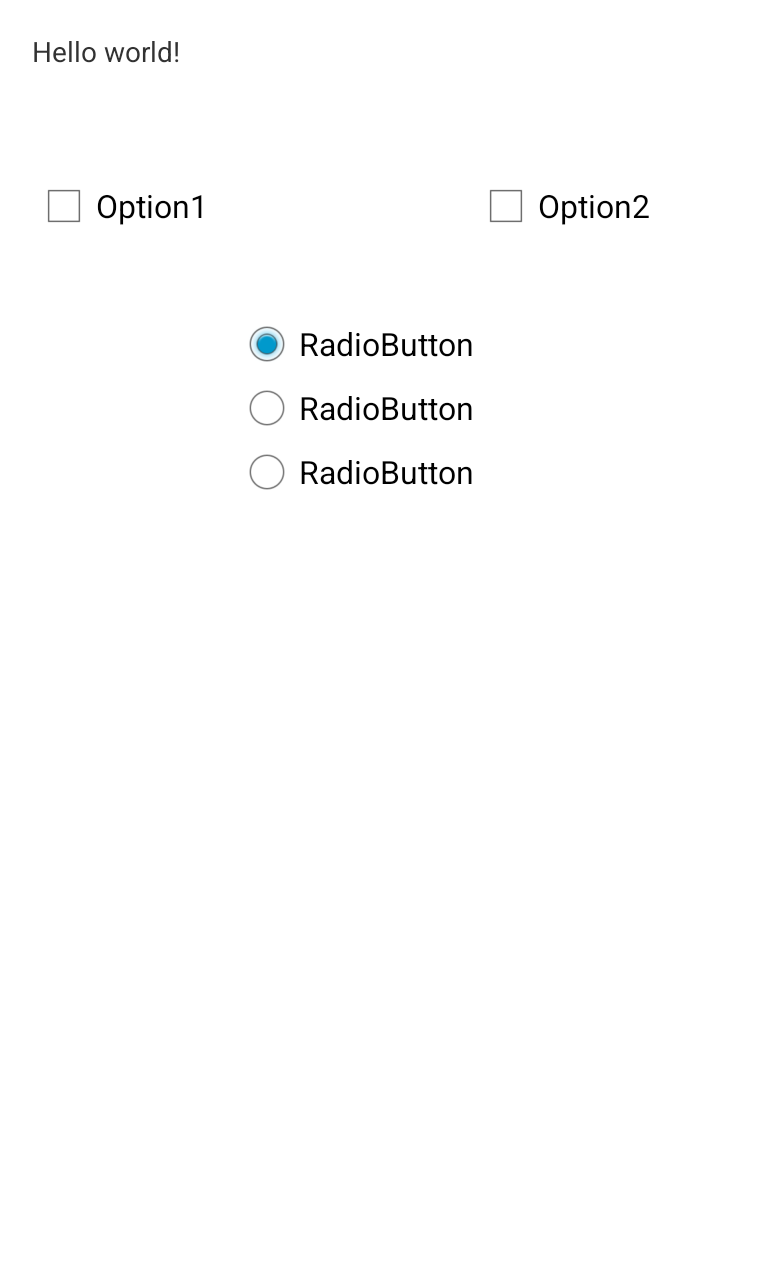
Repository: MadhuHS/BMAA1
Layout: CheckBox/res/layout/activity_main.xml
These files come from the project's save history. The layout is drawn as it stood at one moment and after the next save; the edit follows.
It is drawn on a 768 x 1280 px phone screen (xhdpi) without system bars, with theme AppTheme; the app's code is not run.

Above is the layout before, as saved 2016-03-25 08:13:48.

### CheckBox/res/layout/activity_main.xml
<RelativeLayout xmlns:android="http://schemas.android.com/apk/res/android"
    xmlns:tools="http://schemas.android.com/tools"
    android:layout_width="match_parent"
    android:layout_height="match_parent"
    android:paddingBottom="@dimen/activity_vertical_margin"
    android:paddingLeft="@dimen/activity_horizontal_margin"
    android:paddingRight="@dimen/activity_horizontal_margin"
    android:paddingTop="@dimen/activity_vertical_margin"
    tools:context=".MainActivity" >

    <TextView
        android:id="@+id/textView1"
        android:layout_width="wrap_content"
        android:layout_height="wrap_content"
        android:text="@string/hello_world" />

    <CheckBox
        android:id="@+id/checkBoxchoice1"
        android:layout_width="wrap_content"
        android:layout_height="wrap_content"
        android:layout_alignLeft="@+id/textView1"
        android:layout_below="@+id/textView1"
        android:layout_marginTop="52dp"
        android:text="Option1" />

    <CheckBox
        android:id="@+id/checkBoxchoice2"
        android:layout_width="wrap_content"
        android:layout_height="wrap_content"
        android:layout_alignBaseline="@+id/checkBoxchoice1"
        android:layout_alignBottom="@+id/checkBoxchoice1"
        android:layout_alignParentRight="true"
        android:layout_marginRight="43dp"
        android:text="Option2" />

    <RadioGroup
        android:id="@+id/radioGroup1"
        android:layout_width="wrap_content"
        android:layout_height="wrap_content"
        android:layout_below="@+id/checkBoxchoice1"
        android:layout_marginTop="37dp"
        android:layout_toLeftOf="@+id/checkBoxchoice2" >

        <RadioButton
            android:id="@+id/radio0"
            android:layout_width="wrap_content"
            android:layout_height="wrap_content"
            android:checked="true"
            android:text="RadioButton" />

        <RadioButton
            android:id="@+id/radio1"
            android:layout_width="wrap_content"
            android:layout_height="wrap_content"
            android:text="RadioButton" />

        <RadioButton
            android:id="@+id/radio2"
            android:layout_width="wrap_content"
            android:layout_height="wrap_content"
            android:text="RadioButton" />
    </RadioGroup>

</RelativeLayout>

### CheckBox/res/values/strings.xml
<?xml version="1.0" encoding="utf-8"?>
<resources>

    <string name="app_name">CheckBox</string>
    <string name="action_settings">Settings</string>
    <string name="hello_world">Hello world!</string>

</resources>

Loaded but not shown: CheckBox/res/values/styles.xml (common file); CheckBox/res/values-v11/styles.xml (common file); CheckBox/res/values-v14/styles.xml (common file); CheckBox/res/values/dimens.xml (common file)

After the next save:
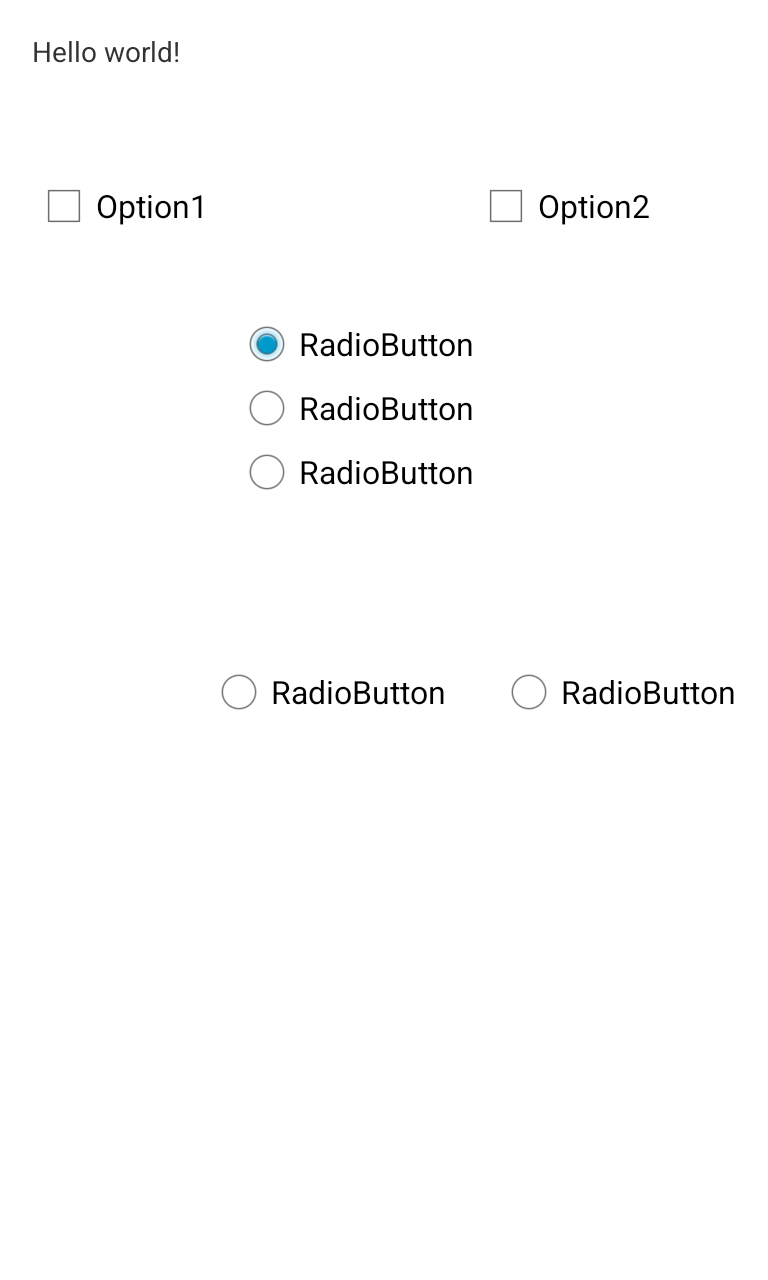
Saved 68 s later.
--- a/CheckBox/res/layout/activity_main.xml
+++ b/CheckBox/res/layout/activity_main.xml
@@ -61,4 +61,23 @@
             android:text="RadioButton" />
     </RadioGroup>
 
+    <RadioButton
+        android:id="@+id/radioButton1"
+        android:layout_width="wrap_content"
+        android:layout_height="wrap_content"
+        android:layout_alignRight="@+id/radioGroup1"
+        android:layout_below="@+id/radioGroup1"
+        android:layout_marginRight="14dp"
+        android:layout_marginTop="78dp"
+        android:text="RadioButton" />
+
+    <RadioButton
+        android:id="@+id/radioButton2"
+        android:layout_width="wrap_content"
+        android:layout_height="wrap_content"
+        android:layout_alignBaseline="@+id/radioButton1"
+        android:layout_alignBottom="@+id/radioButton1"
+        android:layout_alignParentRight="true"
+        android:text="RadioButton" />
+
 </RelativeLayout>
